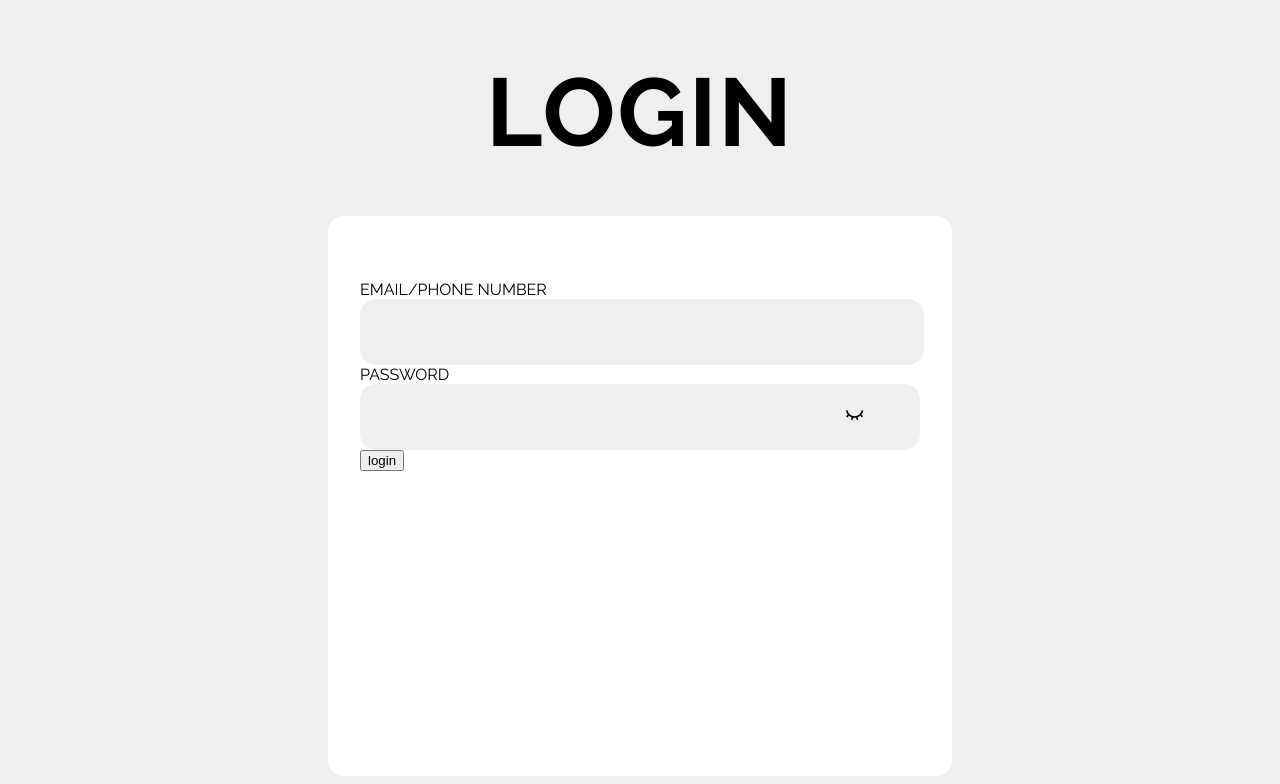
Repository: rehamtaher10/thirdReactTask
Page: /
The author's editor kept a copy of each file at every save. The page is drawn from the files as they stood at one save, then again after the next save.
The browser window is 1280 px wide. The pictures show the whole page.
The project was rebuilt for these pictures with package versions that can differ from the ones it lists, and the page was loaded fresh each time. Also part of the build but not shown: vite.config.js, src/components/HomePage/Home.jsx, src/style/navBar.css, src/components/Navbar.jsx, src/components/Layout/Layout.jsx, src/components/AboutPage/About.jsx, src/style/contactUs.css, src/components/ContactUsPage/ContactUs.jsx and 2 more.

Above is the page before, as saved 2024-12-02 00:45:30.

After the next save:
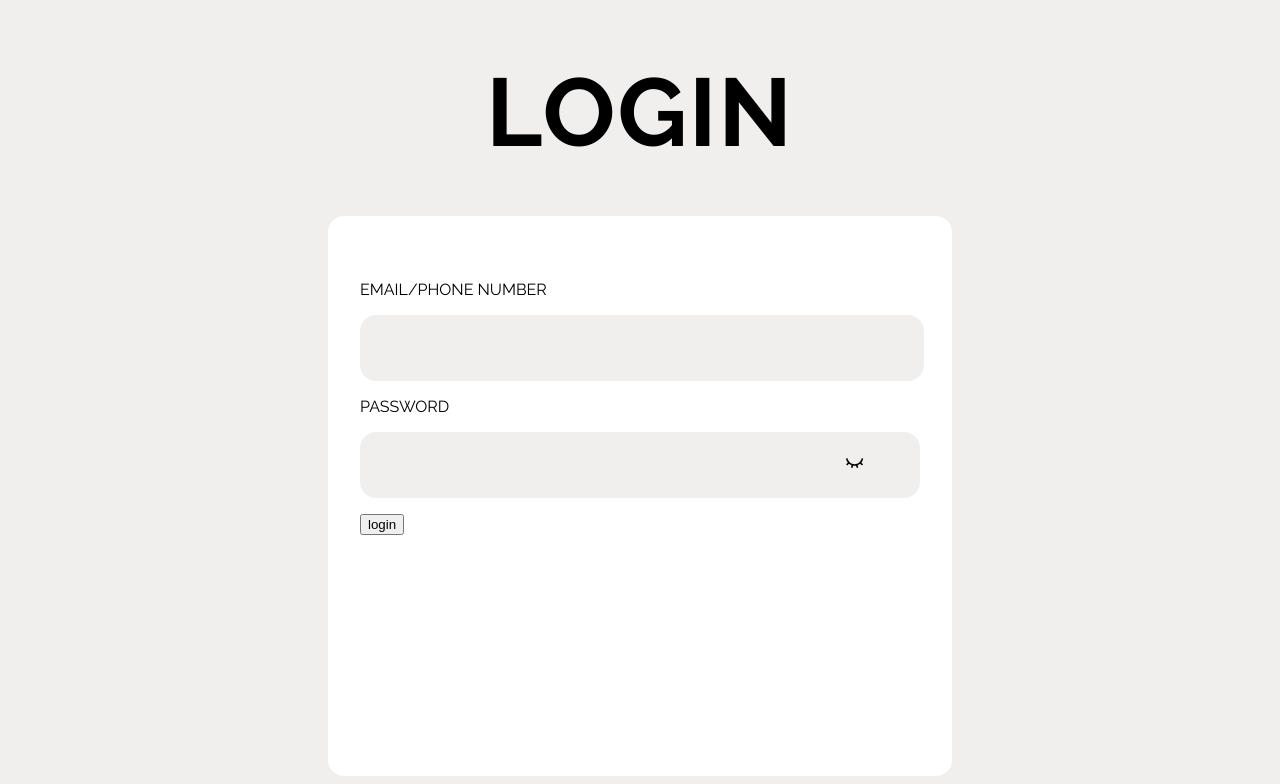
Saved 5 s later.
--- a/src/style/loginPage.css
+++ b/src/style/loginPage.css
@@ -32,7 +32,7 @@ body {
     background-color: rgb(241, 238, 238);
     border: none;
     border-radius: 1rem;
-    mar
+    margin-block: 1rem;
 }
 .error {
     color: #ba1420;
